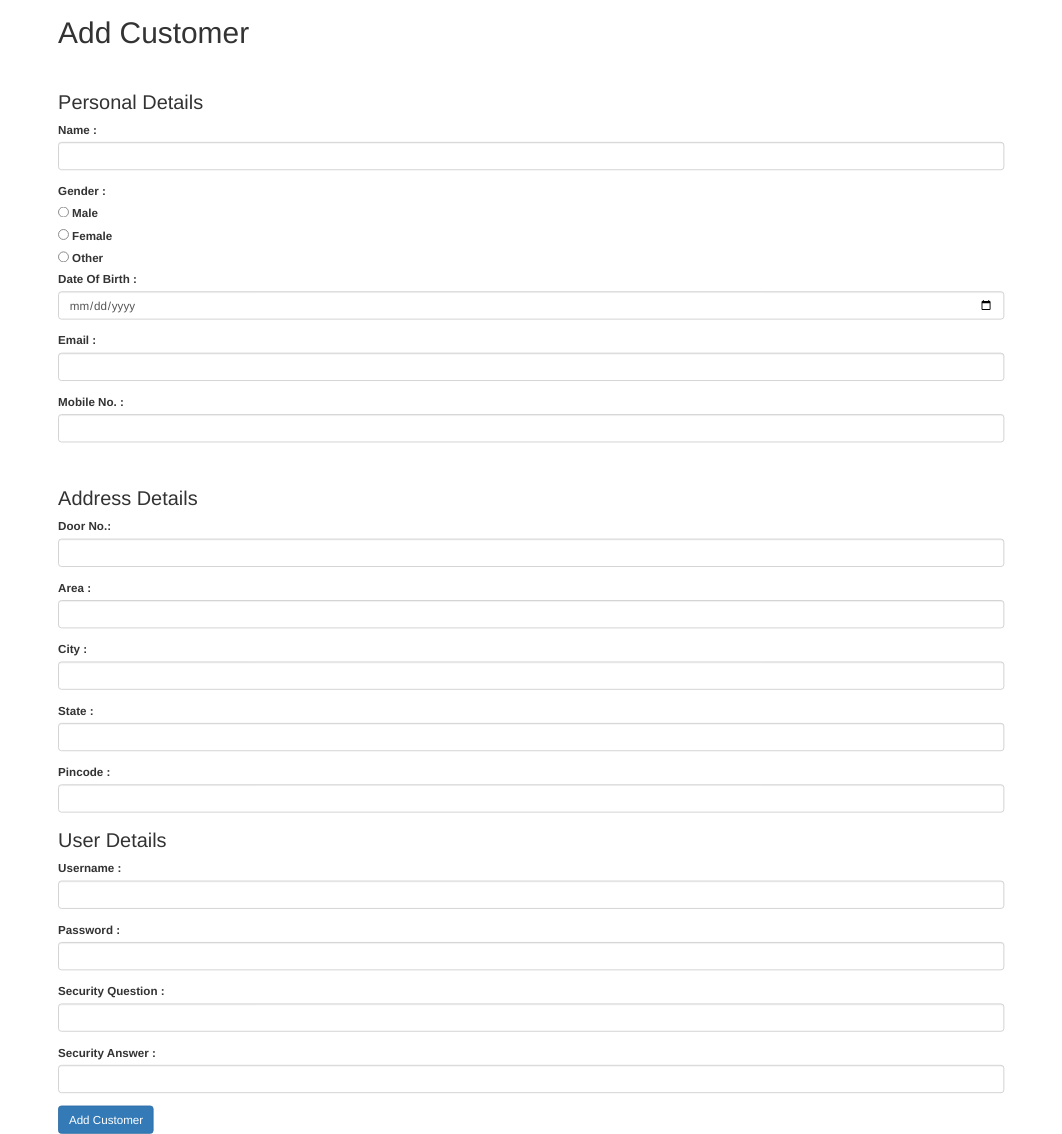
Repository: Shubham-Gawade/SpringHibernateTraining
Page: http://localhost/xorbankonline/WEB-INF/pages/addcustomer.jsp
The author's editor kept a copy of each file at every save. The page is drawn from the files as they stood at one save, then again after the next save.
The browser window is 1280 px wide. The pictures show the whole page, at 83% of full size.
The page is served by Tomcat 9. Nobody is signed in. The template is opened directly, without the code that normally fills it, so the values that code supplies are empty.

Above is the page before, as saved 2021-10-07 05:37:47.

After the next save:
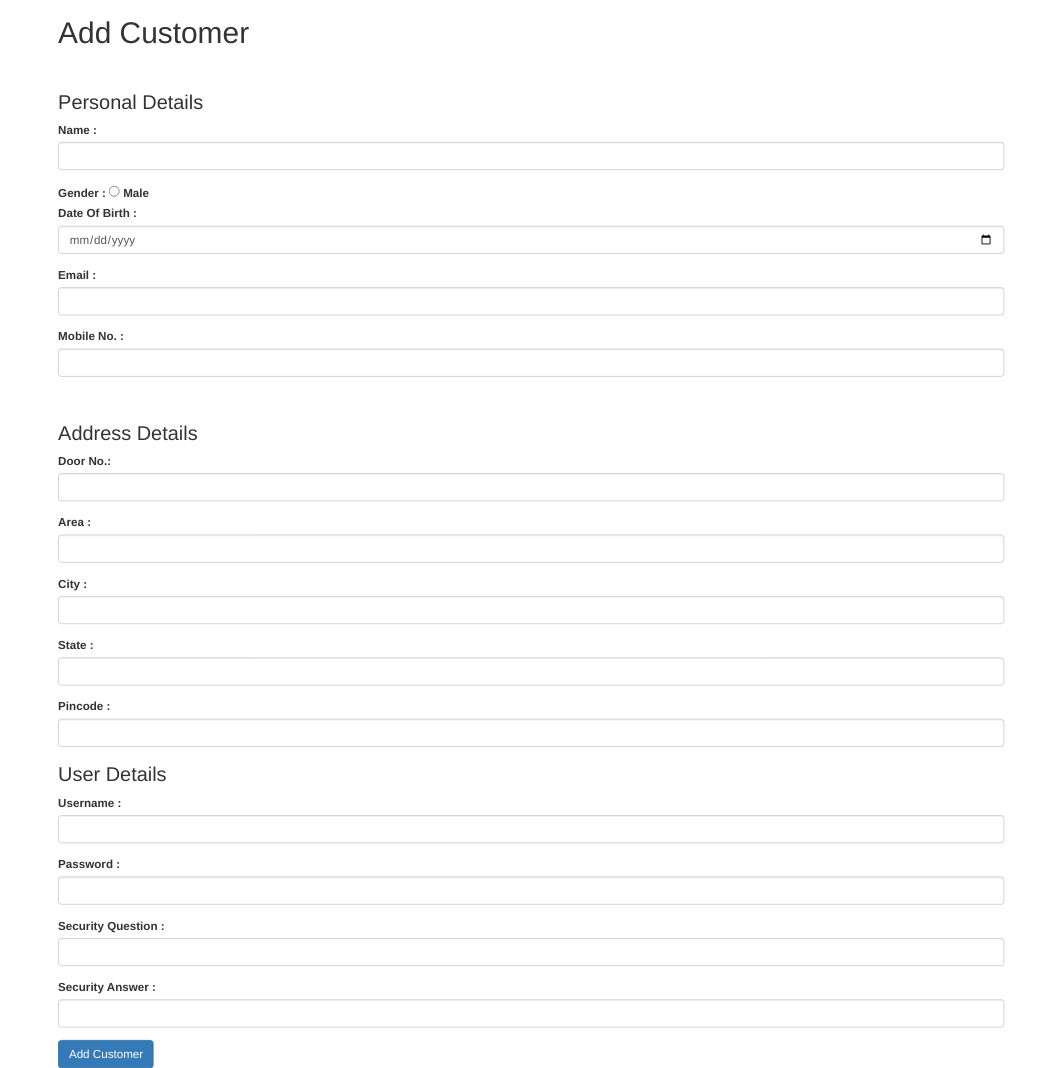
Saved 2 min 8 s later.
--- a/xorbankonline/src/main/webapp/WEB-INF/pages/addcustomer.jsp
+++ b/xorbankonline/src/main/webapp/WEB-INF/pages/addcustomer.jsp
@@ -21,18 +21,8 @@
 				name="name" />
 		</div>
         <label >Gender :</label>
-        <div class="form-check form-check-inline">
-            <input class="form-check-input" type="radio" name="inlineRadioOptions" name="gender" value="MALE">
-            <label class="form-check-label" >Male</label>
-        </div>
-        <div class="form-check form-check-inline">
-            <input class="form-check-input" type="radio" name="inlineRadioOptions" name="gender" value="FEMALE">
-            <label class="form-check-label" >Female</label>
-        </div>
-        <div class="form-check form-check-inline">
-            <input class="form-check-input" type="radio" name="inlineRadioOptions" name="gender" value="OTHER">
-            <label class="form-check-label" >Other</label>
-        </div>
+        <form:radiobutton cssClass="form-check-input" path="gender" name="gender" id="gender" value="MALE"/>
+        <label class="form-check-label" for="gender">Male</label>
 		<div class="form-group">
 			<label for="dateOfBirth">Date Of Birth :</label>
 			<input type="date" class="form-control" name="dob"/>
